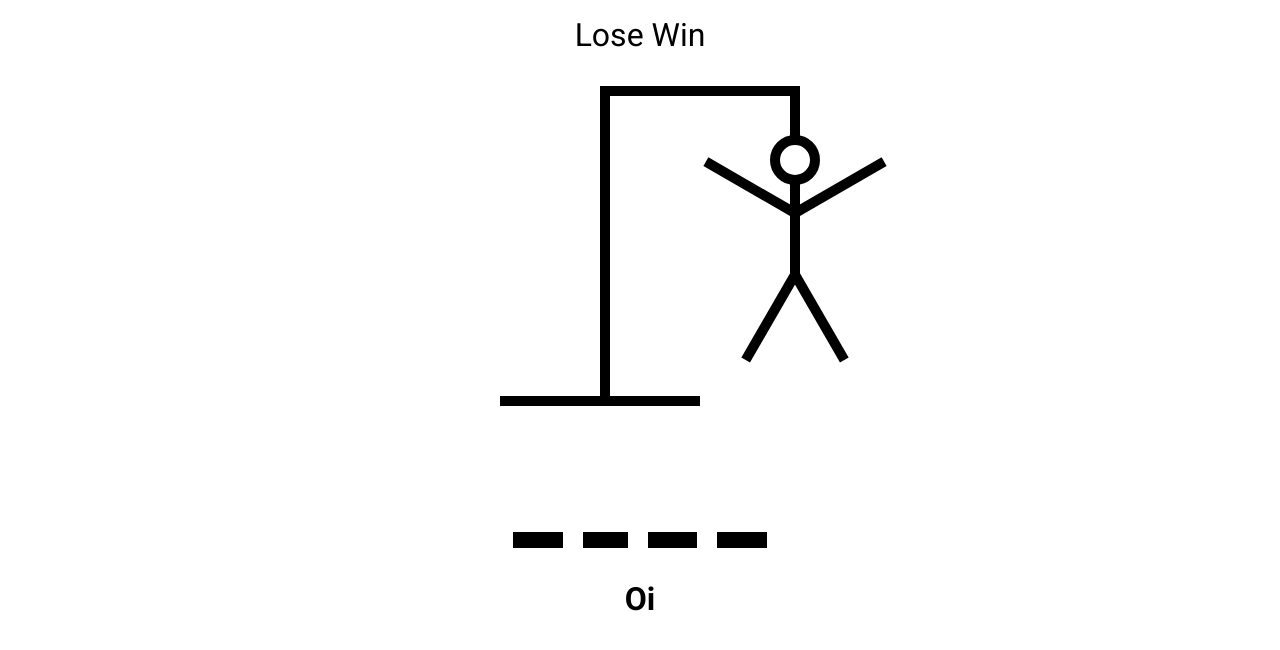
Repository: guilhermecardoso93/jogodaforca
Page: /
The author's editor kept a copy of each file at every save. The page is drawn from the files as they stood at one save, then again after the next save.
The browser window is 1280 px wide. The pictures show the whole page.
The project was rebuilt for these pictures with package versions that can differ from the ones it lists, and the page was loaded fresh each time. Also part of the build but not shown: vite.config.ts.

Above is the page before, as saved 2022-12-06 21:18:59.

After the next save:
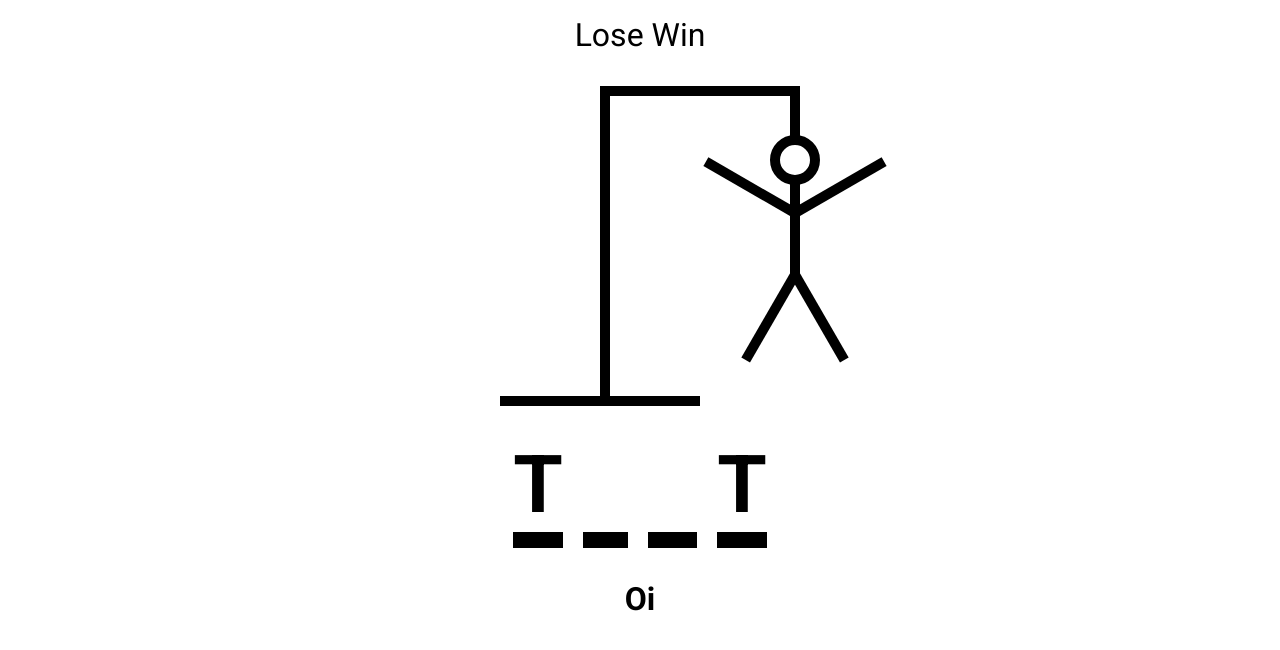
Saved 3 min 8 s later.
--- a/src/components/HangmanWord.tsx
+++ b/src/components/HangmanWord.tsx
@@ -1,17 +1,24 @@
 import "../App.css";
 
 export function HangmanWord() {
-  const word = 'test'
+  const word = "test";
+  const guessedLetters = ["t"];
+
   return (
     <div className="HangmanWordContainer">
-      {
-        word.split('').map((letter, index) => (
-          <span>
-            <span className="invisibleLetter">
-              {letter}
-            </span>
+      {word.split("").map((letter, index) => (
+        <span>
+          <span
+            style={{
+              visibility: guessedLetters.includes(letter)
+                ? "visible"
+                : "hidden",
+            }}
+          >
+            {letter}
           </span>
-        ))}
+        </span>
+      ))}
     </div>
-  )
+  );
 }
